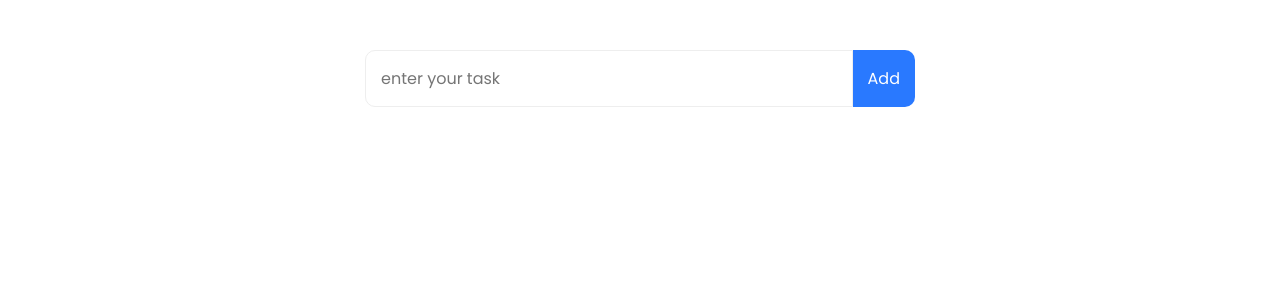
Repository: Kaii-Dev/js-course
Page: BAI-TAP/todolist/index.html
These files come from the project's save history. The page is drawn as it stood at one moment and after the next save; the edit follows.
The browser window is 1280 px wide. The pictures show the whole page.

Above is the page before, as saved 2021-12-22 19:54:21.

After the next save:
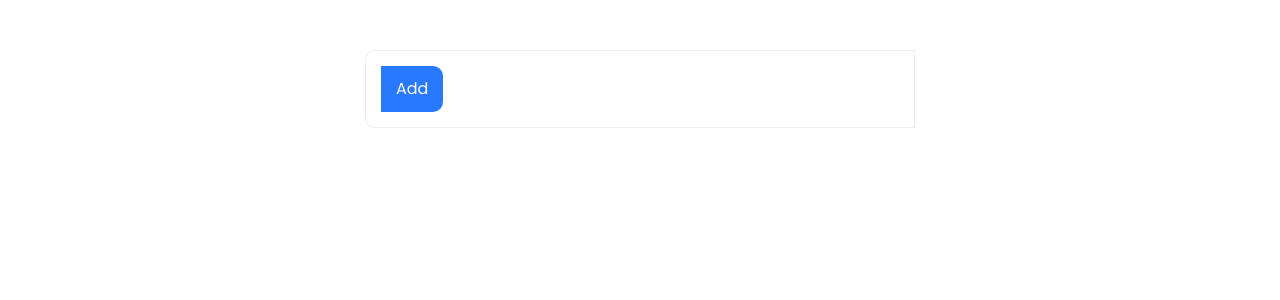
Saved 15 s later.
--- a/BAI-TAP/todolist/index.html
+++ b/BAI-TAP/todolist/index.html
@@ -130,7 +130,7 @@
 <body>
    <div class="todo">
       <div class="todo-form">
-         <input type="text" placeholder="enter your task" class="todo-input">
+         <form type="text" placeholder="enter your task" class="todo-input">
          <button class="todo-submit">Add</button>
       </div>
       <div class="todo-list">

After the 2 saves that followed:
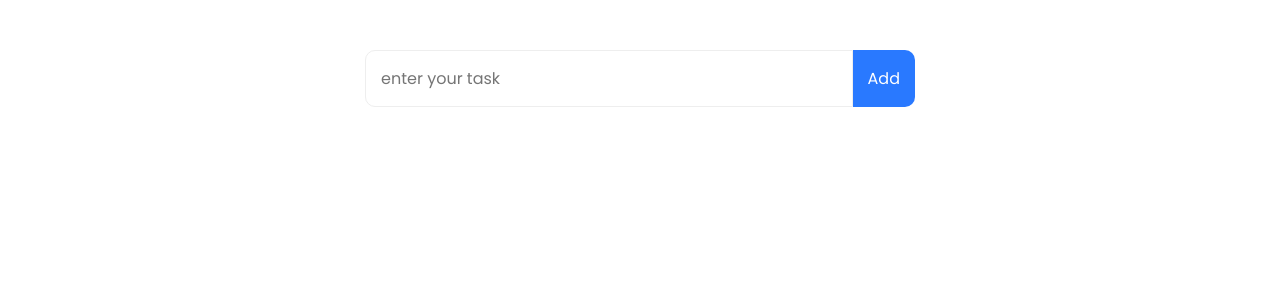
The 2 saves are shown as one change because they came seconds apart.
The last was saved 11 s later.
--- a/BAI-TAP/todolist/index.html
+++ b/BAI-TAP/todolist/index.html
@@ -129,10 +129,10 @@
 </head>
 <body>
    <div class="todo">
-      <div class="todo-form">
-         <form type="text" placeholder="enter your task" class="todo-input">
+      <form class="todo-form">
+         <input type="text" placeholder="enter your task" class="todo-input">
          <button class="todo-submit">Add</button>
-      </div>
+      </form>
       <div class="todo-list">
          <!-- <div class="todo-item">
             <span class="todo-text">learning english</span>
